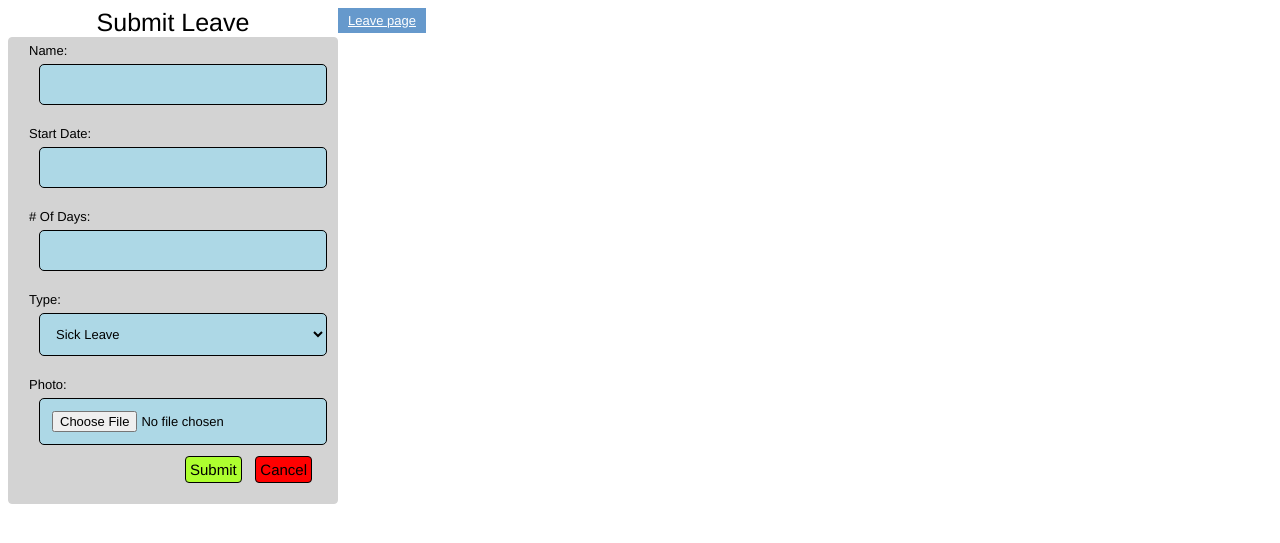
Repository: Murad71/BasicCRUD
Page: index.html
An editor plug-in stored every save of this project. The page is shown before and after the next save, followed by the edit.
The browser window is 1280 px wide. The pictures show the whole page.

Above is the page before, as saved 2023-04-18 20:19:51.

### index.html
<!DOCTYPE html>
<html lang="en">
  <head>
    <meta charset="UTF-8" />
    <meta http-equiv="X-UA-Compatible" content="IE=edge" />
    <meta name="viewport" content="width=device-width, initial-scale=1.0" />
    <link rel="stylesheet" href="index.css" />
    <title>Leave Request</title>
  </head>
  <body>
    <div class="flex1">
      <form id="form1">
        <header>Submit Leave</header>
        <div class="container">
          <label for="name">Name:</label>
          <input type="text" id="name" name="name" />
          <br />
          <label for="startdate">Start Date:</label>
          <input type="text" id="startdate" name="startdate" />
          <br />
          <label for="days"># Of Days:</label>
          <input type="text" id="days" name="days" />
          <br />
          <label for="leaves">Type:</label>
          <select id="leave" name="leaves" required>
            <option value="Sick leave">Sick Leave</option>
            <option value="Early leave">Early Leave</option>
            <option value="Vacation leave">Vacation Leave</option>
            <option value="Other">Other</option>
          </select>
          <br />
          <label for="photo">Photo:</label>
          <input type="file" id="photo" name="photo"/>
          <div class="button-container">
            <input type="submit" value="Submit" id="submitButton"/>
            <input type="reset" value="Cancel" class="cancel" />
          </div>
        </div>
      </form>
      <div class="anchorContainer">
        <a href="index1.html"> Leave page</a>
        <!--Added the hyperlink here-->
      </div>
    </div>
    <script src="script.js"></script>
  </body>
</html>

### index.css
* {
  box-sizing: border-box;
  font-family: "Franklin Gothic Medium", "Arial Narrow", Arial, sans-serif;
  font-size: small;
}


.flex1
{
  align-content: center;
  display: flex;
}

.container {
  background-color: lightgray;
  padding: 5px 20px 15px 20px;
  border: 1px solid lightgray;
  border-radius: 4px;
  display: flex;
  flex-direction: column;
  margin: 0 auto;
  width: 100%;
}

header {
  font-size: 25px;
  text-align: center;
}

input[type="text"],
input[type="file"],
select,
textarea {
  width: 100%;
  padding: 12px;
  margin: 6px;
  border: 1px solid;
  border-radius: 5px;
  margin-left: 10px;
  background-color: lightblue;
}

.button-container {
  text-align: right;
}

input[type="submit"],
input[type="reset"] {
  font-size: 15px;
  border: 1px solid;
  margin: 5px;
  padding: 4px;
  background-color: greenyellow;
  border-radius: 4px;
}

input[type="reset"].cancel {
  background-color: red;
}

.anchorContainer {
  text-align: right;
}

a {
  display: inline-block;
  background: #69c;
  color: #fff;
  padding: 5px 10px;
}

### script.js
let storage=JSON.parse(localStorage.getItem('store')) || [];
let index=JSON.parse(localStorage.getItem('rIndex')) || null;
const submitButtonCatch=document.getElementById("submitButton");
const img= new Image();

//after clicking the submit button
submitButtonCatch.addEventListener("click",() =>{
    const form=document.getElementById("form1");
    let object={};
    let flag=true;

    object["id"]= Date.now();
    for(let i=0;i<form.length;i++)
    {
        if(form.elements[i].name=="photo")
        {
            object[form.elements[i].name]= img.src;
        }
        else
        {
            object[form.elements[i].name]=form.elements[i].value;
        }
        if(form.elements[i].value=='')
        {
            flag=false;
            alert("WARNING: Fill all the given Input correctly.");
            break;
        }
        if(form.elements[i].name=="days" && (form.elements[i].value>7 || form.elements[i].value<1))
        {
            flag=false;
            alert("WARNING: Enter a valid number for vacation");
            break;
        }
    }

    if(flag)
    {
        alert("Your data has been submitted Successfully!!");
        if(index!=null)
        {
            storage[index]=object;
            index=null;
        }
        else storage.push(object);


        localStorage.setItem('store',JSON.stringify(storage));
        localStorage.setItem('rIndex',JSON.stringify(index));
        form.reset();
    }
});


//base64 conversion
const fileEl= document.getElementById('photo');
fileEl.addEventListener('change', () =>{

    const fr= new FileReader();
    fr.readAsDataURL(fileEl.files[0]);

    fr.addEventListener('load', ()=>{

        const url= fr.result;
        img.src= url;

    });

});


console.log(storage);



// let submitButtonClicked=document.getElementById("submitButton");
// let indx=0;
// let flag= true;
// let obj={};

// submitButtonClicked.addEventListener('click',() =>{

//     const form= document.getElementById('form1');
//     obj["id"]= indx;
//     indx++;
//     for(let i=0; i<form.length; i++)
//     {
//         obj[form.elements[i].name]=form.elements[i].value;
//         if(form.elements[i].value=='')
//         {
//             flag=false;
//             alert("WARNING: Fill all the given Input correctly.");
//             break;
//         }
//         if(form.elements[i].name=="days" && (form.elements[i].value>7 || form.elements[i].value<1))
//         {
//             flag=false;
//             alert("WARNING: Enter a valid number for vacation");
//             break;
//         }
//     }

//     if(flag)
//     {
//         alert("Data entered successfully!");
//         insertData();
//     }

// });


// function intertData()
// {
//     const table = document.getElementsByClassName("tbody1")[0];
//           var row=document.createElement('tr');
//            row.innerHTML = `<td>${obj.name}</td>
//                 <td>${obj.startdate}</td>
//                 <td>${obj.days}</td>
//                 <td>${obj.leaves}</td>
//                 <td><img id="img" src=${obj.photo} alt=""></td>
//                 <td><a href="index.html" id="edit">Edit</a> <input type='button' value= 'Reject' name=${obj.id} id="reject"/></td>`;
//             table.appendChild(row);
// }

After the next save:
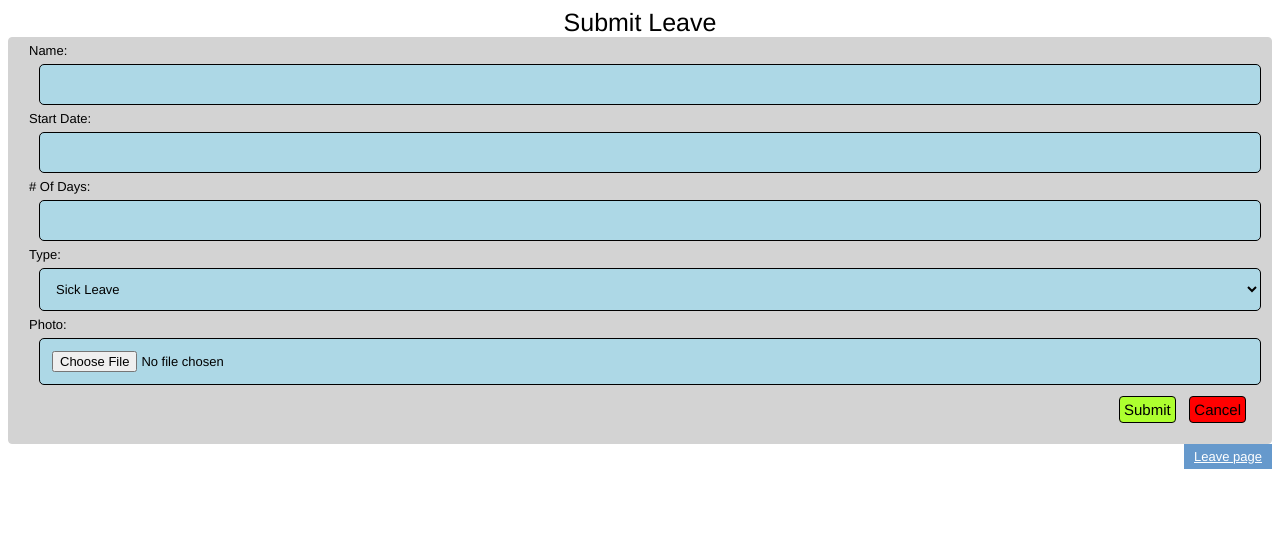
Saved 32 s later.
--- a/index.css
+++ b/index.css
@@ -9,6 +9,7 @@
 {
   align-content: center;
   display: flex;
+  flex-direction: column;
 }
 
 .container {
@@ -16,8 +17,8 @@
   padding: 5px 20px 15px 20px;
   border: 1px solid lightgray;
   border-radius: 4px;
-  display: flex;
-  flex-direction: column;
+  /* display: flex;
+  flex-direction: column; */
   margin: 0 auto;
   width: 100%;
 }
